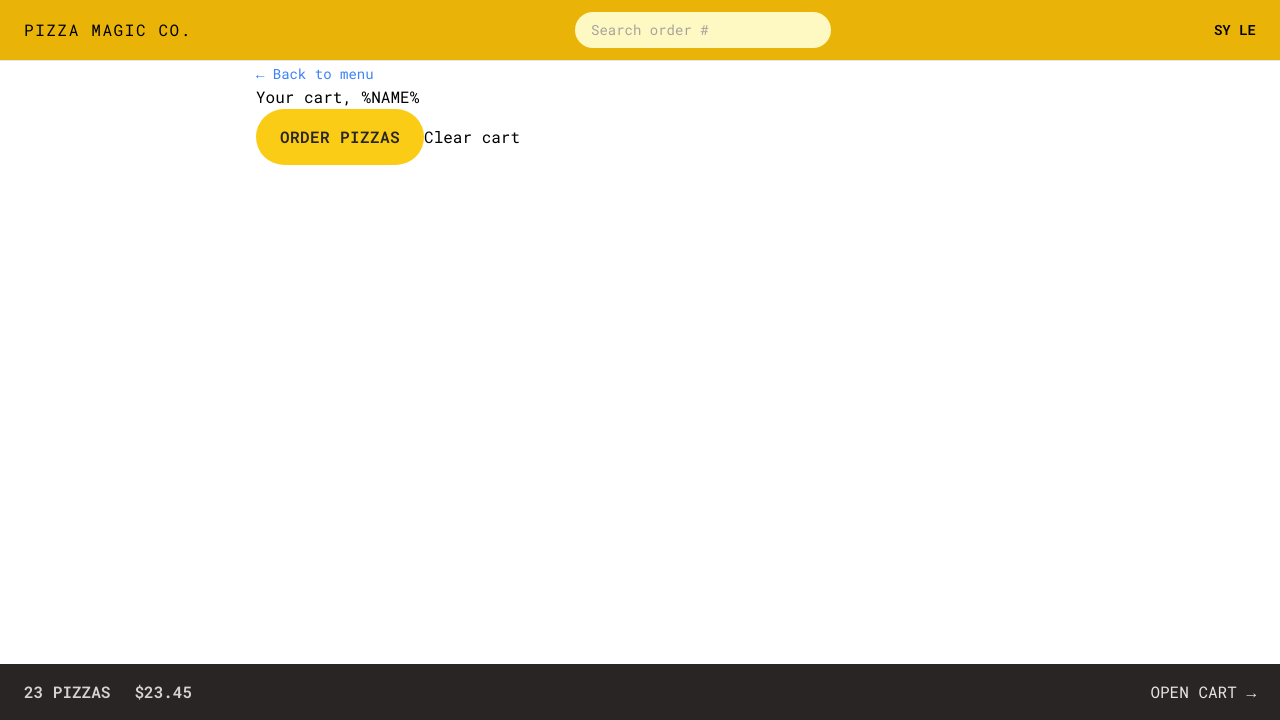
Repository: SyLe-Van/The-Pizza-Magic-web
Page: /cart
These files come from the project's save history. The page is drawn as it stood at one moment and after the next save; the edit follows.
The browser window is 1280 px wide. The pictures show the whole page.
The project was rebuilt for these pictures with package versions that can differ from the ones it lists, and the page was loaded fresh each time. Also part of the build but not shown: vite.config.js, src/features/user/CreateUser.jsx, src/ui/Home.jsx, src/ui/Loader.jsx, src/services/apiRestaurant.js, src/features/menu/Menu.jsx, src/ui/Error.jsx, src/features/order/CreateOrder.jsx and 2 more. Imported but missing from the stored project, and not drawn on this page: src/features/menu/MenuItem.

Above is the page before, as saved 2024-07-28 18:12:58.

### index.html
<!doctype html>
<html lang="en">
  <head>
    <meta charset="UTF-8" />
    <link rel="icon" type="image/svg+xml" href="/vite.svg" />
    <meta name="viewport" content="width=device-width, initial-scale=1.0" />
    <link rel="preconnect" href="https://fonts.googleapis.com">
    <link rel="preconnect" href="https://fonts.gstatic.com" crossorigin>
    <link href="https://fonts.googleapis.com/css2?family=Roboto+Mono:ital,wght@0,100..700;1,100..700&display=swap"
      rel="stylesheet">
    <title>Vite + React</title>
  </head>
  <body clas="bg-stone-100 text-stone-700">
    <div id="root"></div>
    <script type="module" src="/src/main.jsx"></script>
  </body>
</html>

### src/App.jsx
import {RouterProvider, createBrowserRouter } from "react-router-dom"
import Home from "./ui/Home"
import AppLayout from "./ui/AppLayout"
import Menu, {loader as menuLoader} from "./features/menu/Menu"
import Cart from "./features/cart/Cart"
import Error from "./ui/Error"
import CreateOrder, {action as CreateOrderAction} from "./features/order/CreateOrder"
import Order, {loader as orderLoader} from "./features/order/Order"
const router = createBrowserRouter([
  {
    element: <AppLayout />,
    errorElement: <Error />,
    children: [
      {
        path: "/",
        element: <Home />
      },
      {
        path: "/menu",
        element: <Menu />,
        loader: menuLoader,
        errorElement: <Error />,
      },
      {
        path: "/cart",
        element: <Cart />
      },
      {
        path: "/order/new",
        element: <CreateOrder />,
        action: CreateOrderAction,
      },
      {
        path: "/order/:orderId",
        element: <Order />,
        loader: orderLoader,
        errorElement: <Error />,
      }
    ]
  },


])

export default function App() {
  return <RouterProvider router={router} />
}

### src/index.css
@tailwind base;
@tailwind components;
@tailwind utilities;

@layer components {
  .input{
    @apply
      rounded-full
       md:px-6 md:py-3
        focus:ring
        focus:ring-yellow-400
         focus:outline-none
          border
           border-stone-200
            w-full px-4 py-2
            text-sm transition-all
             duration-300
              placeholder:text-stone-400
               bg-slate-300

  }
    .loader {
      width: 45px;
      aspect-ratio: 0.75;
      --c: no-repeat linear-gradient(theme(colors.stone.800) 0 0);
      background: var(--c) 0% 50%, var(--c) 50% 50%, var(--c) 100% 50%;
      background-size: 20% 50%;
      animation: loading 1s infinite linear;
    }

    @keyframes loading {
      20% {
        background-position: 0% 0%, 50% 50%, 100% 50%;
      }

      40% {
        background-position: 0% 100%, 50% 0%, 100% 50%;
      }

      60% {
        background-position: 0% 50%, 50% 100%, 100% 0%;
      }

      80% {
        background-position: 0% 50%, 50% 50%, 100% 100%;
      }
    }
}
/* body {
  font-family: system-ui, -apple-system, BlinkMacSystemFont, 'Segoe UI', Roboto,
    Oxygen, Ubuntu, Cantarell, 'Open Sans', 'Helvetica Neue', sans-serif;
  background-color: #f7f7f7;
  color: #444;
}

.layout {
  display: grid;
  grid-template-rows: auto 1fr auto;
  gap: 32px;
  height: 100dvh;

} */

/* https://dev.to/afif/i-made-100-css-loaders-for-your-next-project-4eje */

### src/ui/AppLayout.jsx
import { Outlet, useNavigation } from "react-router-dom";
import CartOverview from "../features/cart/CartOverview";
import Header from "./Header";
import Loader from "./Loader";
export default function AppLayout() {
    const navigation = useNavigation()
    const isLoading = navigation.state === "loading"
    return (
        <div className="grid h-screen grid-rows-[auto_1fr_auto]">
            {isLoading && <Loader />}
            <Header />
            <div className="overflow-scroll">
                <main className="mx-auto max-w-3xl ">
                    <Outlet />
                </main>
            </div>
            <CartOverview />
        </div>
    )
}

### src/features/cart/Cart.jsx
import { Link } from 'react-router-dom';
import LinkButton from '../../ui/LinkButton';
import Button from '../../ui/Button';
const fakeCart = [
  {
    pizzaId: 12,
    name: 'Mediterranean',
    quantity: 2,
    unitPrice: 16,
    totalPrice: 32,
  },
  {
    pizzaId: 6,
    name: 'Vegetale',
    quantity: 1,
    unitPrice: 13,
    totalPrice: 13,
  },
  {
    pizzaId: 11,
    name: 'Spinach and Mushroom',
    quantity: 1,
    unitPrice: 15,
    totalPrice: 15,
  },
];

function Cart() {
  const cart = fakeCart;

  return (
    <div>
      <LinkButton to="/menu">&larr; Back to menu</LinkButton>

      <h2>Your cart, %NAME%</h2>

      <div>
        <Button type="primary" to="/order/new">Order pizzas</Button>

        <button>Clear cart</button>
      </div>
    </div>
  );
}

export default Cart;

### src/features/cart/CartOverview.jsx
import { Link } from "react-router-dom";

export default function CartOverview() {
  return (
    <div className="bg-stone-800 text-stone-200 py-4 justify-between uppercase  px-4 sm:px-6 md:text-base flex items-center">
      <p className="text-stone-300 font-semibold space-x-4 sm:space-x-6">
        <span>23 pizzas</span>
        <span>$23.45</span>
      </p>
      <Link to='/cart'>Open cart &rarr;</Link>
    </div>
  );
}

### src/ui/Header.jsx
import { Link } from "react-router-dom";
import Username from "../features/user/Username";
import SearchOrder from "../features/order/SearchOrder";

export default function Header() {
    return (
        <header className="bg-yellow-500  flex items-center justify-between uppercase py-3 px-4 border-b border-stone-200 sm:px-6">
            <Link className="tracking-widest" to="/">Pizza Magic Co.</Link>
            <SearchOrder />

            <Username />

        </header>
    )
}

### src/ui/LinkButton.jsx
import {Link, useNavigate } from 'react-router-dom';
function LinkButton({ children, to }) {
    const navigatate = useNavigate();
    const className = "text-sm text-blue-500 hover:text-blue-600 hover:underline"
    if(to === '-1') {
        return (
            <button className={className} onClick={() => navigatate(-1)}>
            {children}
          </button>
        );
    }
  return (
      <Link to={to} className={className}>
          {children}
    </Link>
  );
}

export default LinkButton;

### src/ui/Button.jsx
import { Link } from "react-router-dom";
function Button({ children, disabled, to , type}) {

    const base = "bg-yellow-400 focus:outline-none focus:ring-offset-2 focus:ring focus:ring-yellow-300 focus:bg-yellow-300 duration-300 transition-colors uppercase font-semibold   text-stone-800 inline-block  tracking-wide rounded-full hover:bg-yellow-300 disabled:cursor-not-allowed "
    const styles = {
        primary: base + "py-3 px-4 md:px-6 md:py-4",
        small: base + "px-4 py-2 md:px-5 md:py-2.5 text-xs"
    }
    if (to) {
        return <Link className={styles[type]} to={to}>{children}</Link>
    }
    return <button disabled={disabled} className={styles[type]}>
      {children}
  </button>
}
export default Button;

### src/features/user/Username.jsx
function Username() {
    return (
        <div className="text-sm hidden font-semibold md:block">Sy Le</div>
    )
}

export default Username;

### src/features/order/SearchOrder.jsx
import {useState} from 'react';
import { useNavigate } from 'react-router-dom';
export default function SearchOrder() {
    const [query, setQuery] = useState("");
    const navigate = useNavigate()

    function handleSubmit(e) {
        e.preventDefault();
        if (!query) return;
        navigate('/order/' + query)
        setQuery("")
    }
    return (
        <form onSubmit={handleSubmit}>
            <input  placeholder="Search order #"
                value={query}
                onChange={e => setQuery(e.target.value)}
                className='w-28 transition-all duration-300 focus:ring-opacity-50 rounded-full bg-yellow-100 px-4 py-2 text-sm placeholder:text-stone-400 sm:w-64 sm:focus:focus:w-72 focus:outline-none focus:ring focus:ring-yellow-500'
            />
        </form>
    )
}

### tailwind.config.js
/** @type {import('tailwindcss').Config} */
module.exports = {
  content: ["./index.html", "./src/**/*.{html,js,jsx,tsx}"],
  theme: {
    fontFamily: {
      sans: "Roboto Mono, monospace",
    },

    extend: {
      fontSize: {
        huge: ["8rem", { lineHeight: "1" }],
      },
      height: {
        screen: "100dvh",
      },
    },
  },
  plugins: [],
};

Loaded but not shown: src/main.jsx (common file)

After the next save:
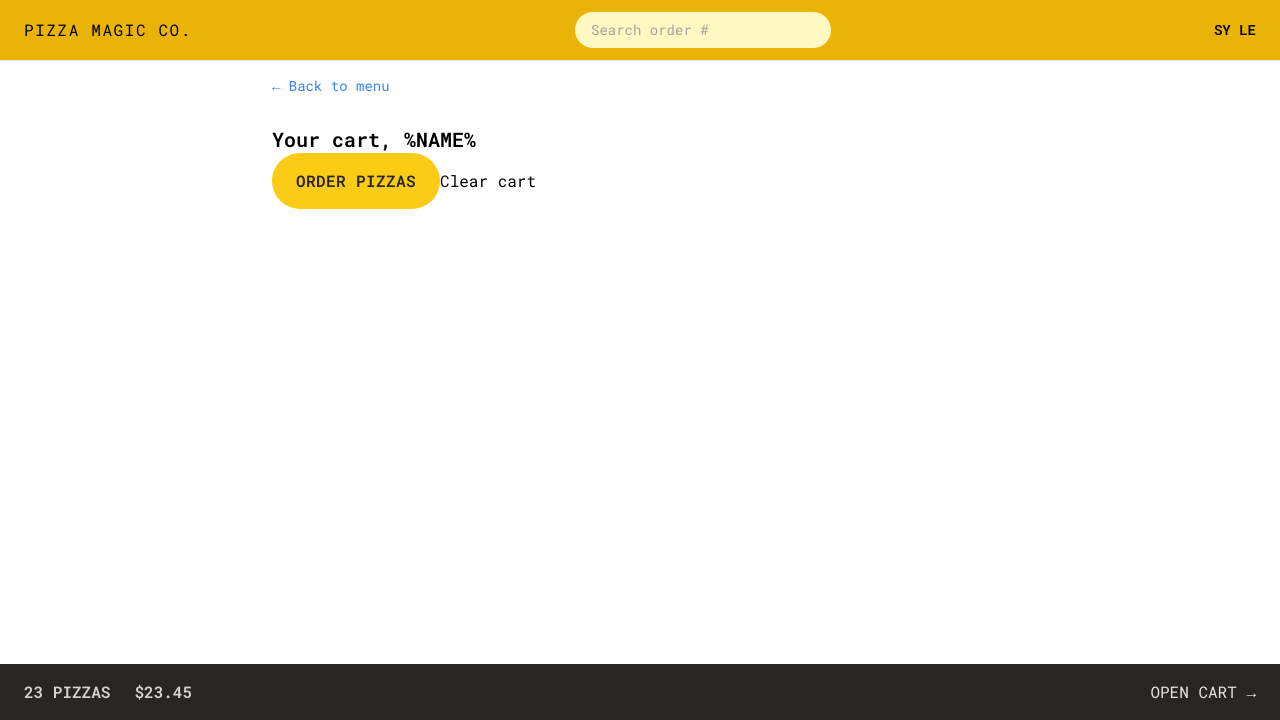
Saved 2 min 45 s later.
--- a/src/features/cart/Cart.jsx
+++ b/src/features/cart/Cart.jsx
@@ -29,10 +29,10 @@ function Cart() {
   const cart = fakeCart;
 
   return (
-    <div>
+    <div className='py-3 px-4 '>
       <LinkButton to="/menu">&larr; Back to menu</LinkButton>
 
-      <h2>Your cart, %NAME%</h2>
+      <h2 className='mt-7 text-xl font-semibold'>Your cart, %NAME%</h2>
 
       <div>
         <Button type="primary" to="/order/new">Order pizzas</Button>
